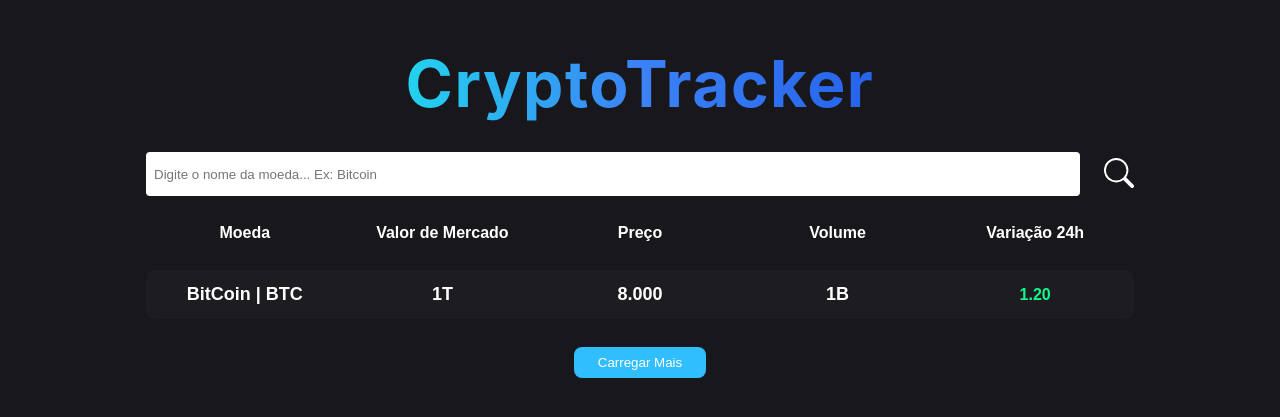
Repository: GabrielPertelCorti/crypto-tracker
Page: /
An editor plug-in stored every save of this project. The page is shown before and after a run of saves, followed by the edit.
The browser window is 1280 px wide. The pictures show the whole page.
The project was rebuilt for these pictures with package versions that can differ from the ones it lists, and the page was loaded fresh each time. Also part of the build but not shown: vite.config.ts, src/pages/detail/index.tsx, src/pages/notFound/index.tsx.

Above is the page before, as saved 2026-03-12 16:13:10.

After the next 2 saves:
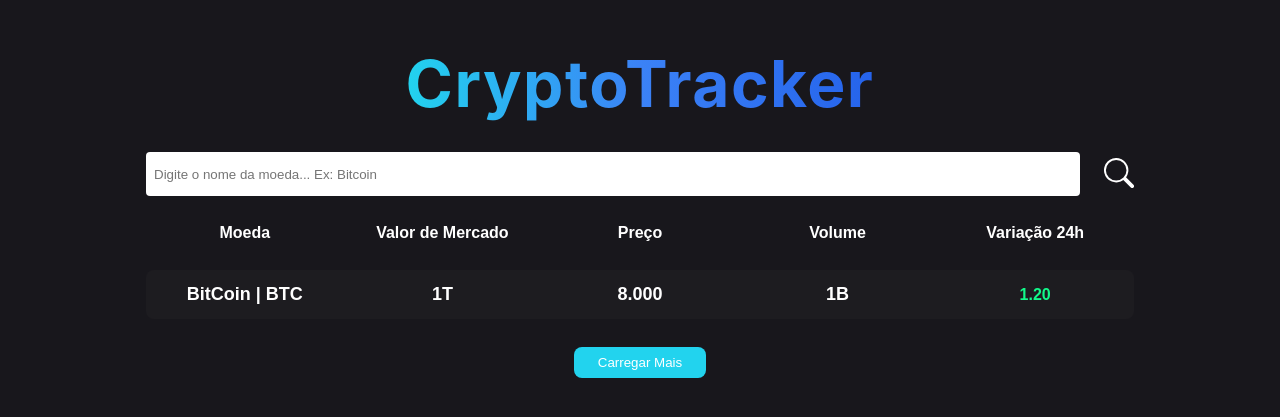
The 2 saves are shown as one change because they came seconds apart.
The last was saved 94 s later.
--- a/src/pages/home/home.module.css
+++ b/src/pages/home/home.module.css
@@ -78,7 +78,7 @@ table td{
 }
 
 .buttonShowMore{
-  background-color: #30beff;
+  background-color: #22D3EE;
   padding: 8px 24px;
   color: #fff;
   margin: 14px 0;
